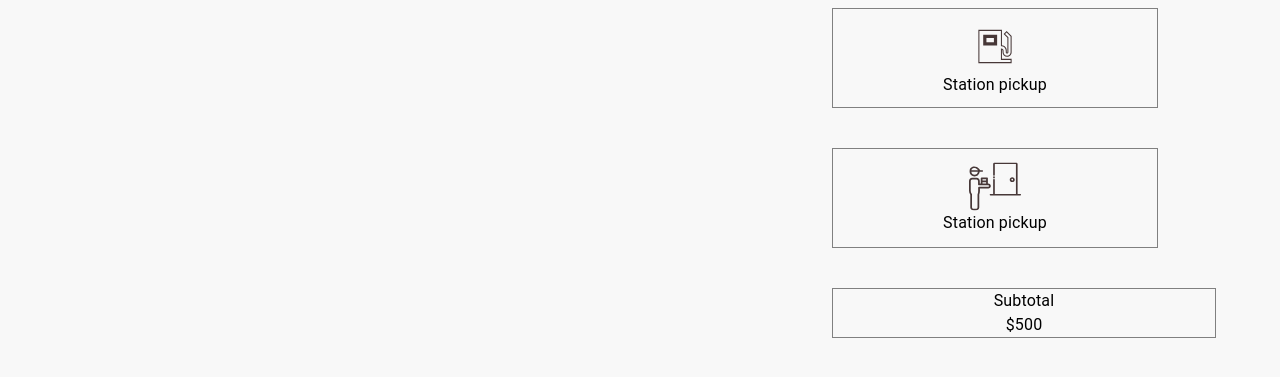
Repository: Armstrong2035/hng-project-two
Page: /cart (app in timbu-store/)
The author's editor kept a copy of each file at every save. The page is drawn from the files as they stood at one save, then again after the next save.
The browser window is 1280 px wide. The pictures show the whole page.
The project was rebuilt for these pictures with package versions that can differ from the ones it lists, and the page was loaded fresh each time. The framework's server and built-in components were replaced by stand-ins that run in the browser. Also part of the build but not shown: timbu-store/next.config.mjs.

Above is the page before, as saved 2024-07-08 23:41:09.

After the next save:
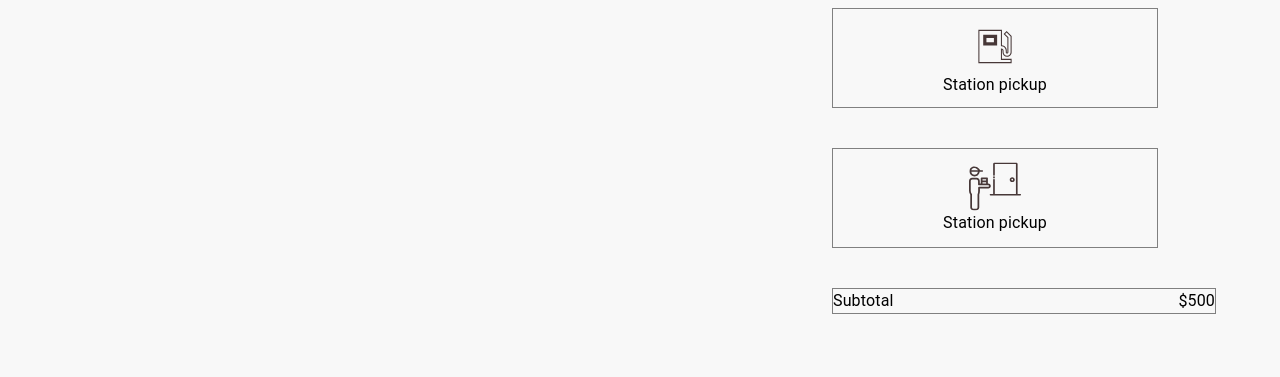
Saved 14 s later.
--- a/timbu-store/components/checkout/cart/CartPage.js
+++ b/timbu-store/components/checkout/cart/CartPage.js
@@ -60,9 +60,9 @@ export default function CartPage() {
                 sx={{
                   border: "1px solid grey",
                   display: "flex",
-                  flexDirection: "column",
+                  flexDirection: "row",
                   alignItems: "center",
-                  justifyContent: "center",
+                  justifyContent: "space-between",
                 }}
               >
                 <Typography>Subtotal</Typography>
